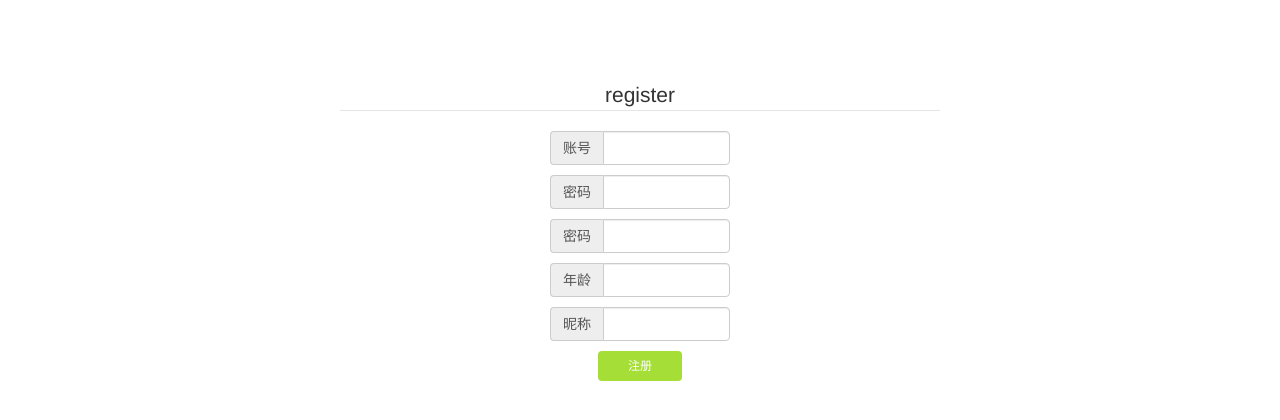
Repository: silzx/learning
Page: http://localhost/MyBatis/reg.jsp
An editor plug-in stored every save of this project. The page is shown before and after the next save, followed by the edit.
The browser window is 1280 px wide. The pictures show the whole page.
The page is served by Tomcat 9.

Above is the page before, as saved 2017-11-14 04:18:06.
Console error (its wording comes from the project's code and is left out).

After the next save:
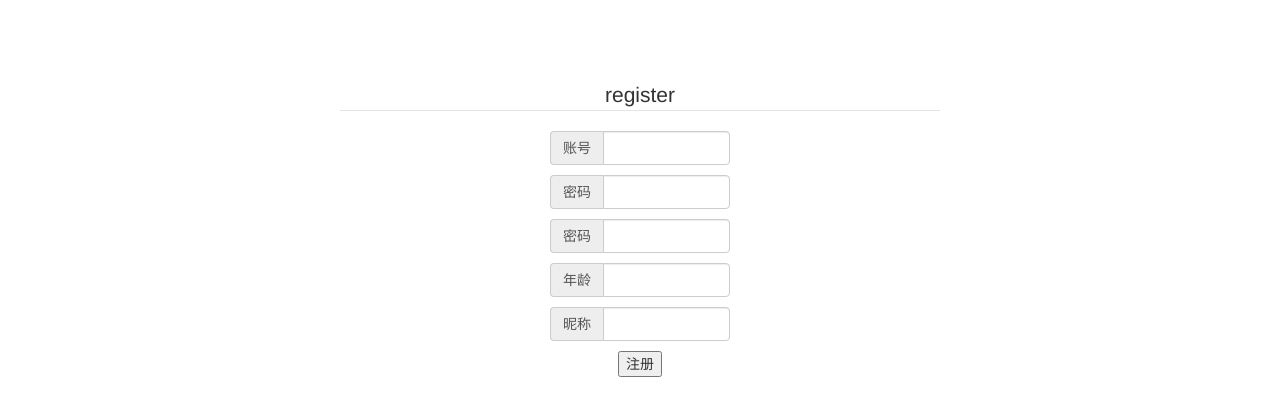
Saved 23 s later.
--- a/MyBatis/WebContent/reg.jsp
+++ b/MyBatis/WebContent/reg.jsp
@@ -47,7 +47,7 @@ String basePath = request.getScheme()+"://"+request.getServerName()+":"+request.
 					<span class="input-group-addon">昵称</span>
 					<input type="text" name="u.nickname" class="form-control" >
 				</div><p></p>
-				<input type="submit" class="button button-action  button-rounded button-small" value="注册">
+				<input type="submit" value="注册">
 				</form>
 		</fieldset>
 	</center>
